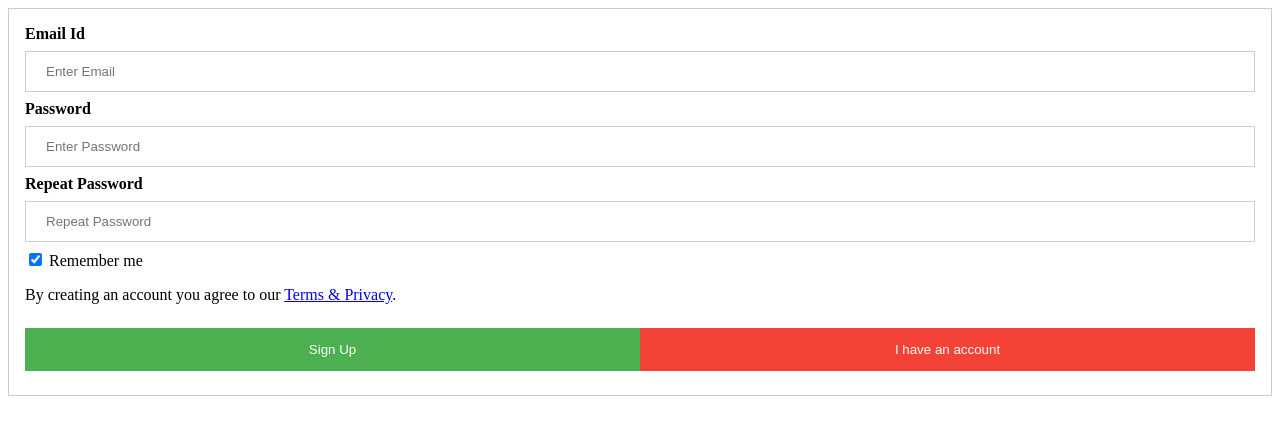
Repository: hamshini/demopro
Page: wippro/Application/WebContent/signup.html
An editor plug-in stored every save of this project. The page is shown before and after the next save, followed by the edit.
The browser window is 1280 px wide. The pictures show the whole page.

Above is the page before, as saved 2018-01-06 05:10:30.

After the next save:
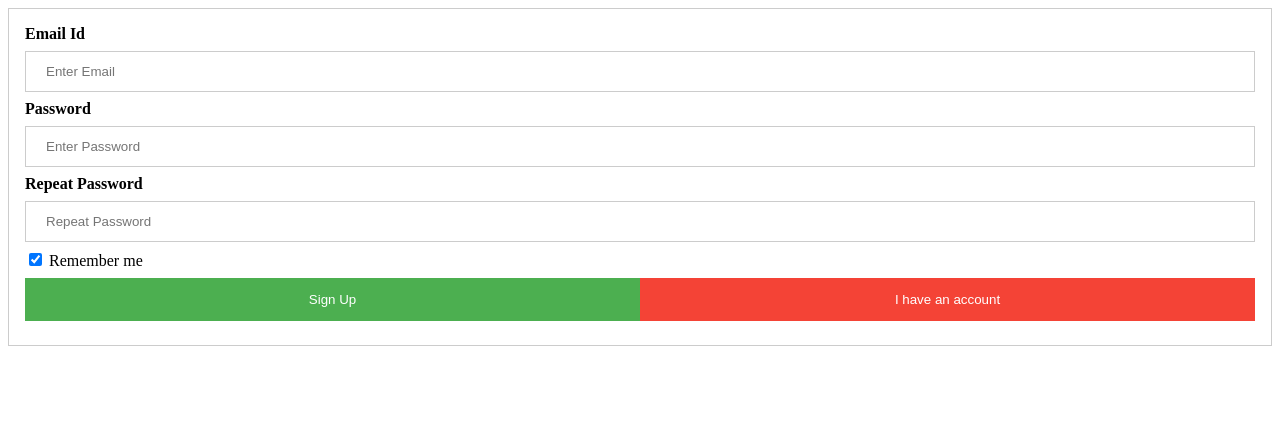
Saved 3 min 53 s later.
--- a/wippro/Application/WebContent/signup.html
+++ b/wippro/Application/WebContent/signup.html
@@ -70,7 +70,6 @@ button {
     <label><b>Repeat Password</b></label>
     <input type="password" placeholder="Repeat Password" name="psw-repeat" required>
     <input type="checkbox" checked="checked"> Remember me
-    <p>By creating an account you agree to our <a href="#">Terms & Privacy</a>.</p>
 
     <div class="clearfix">
       <button type="submit" class="signupbtn">Sign Up</button>
